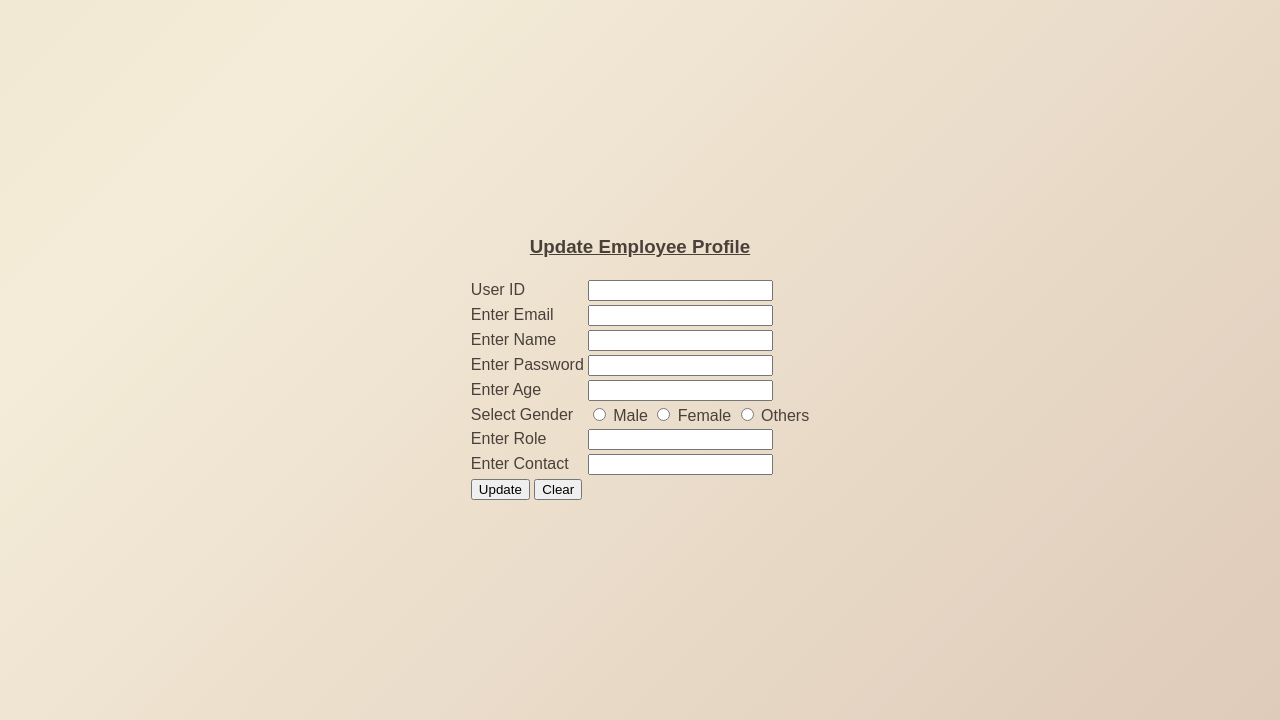
Repository: chaitanyasivathmika/NutrientDiet
Page: http://localhost/NutrientDiet/usersettings.jsp
The author's editor kept a copy of each file at every save. The page is drawn from the files as they stood at one save, then again after the next save.
The browser window is 1280 px wide. The pictures show the whole page.
The page is served by Tomcat 10.

Above is the page before, as saved 2024-11-15 11:12:42.

After the next save:
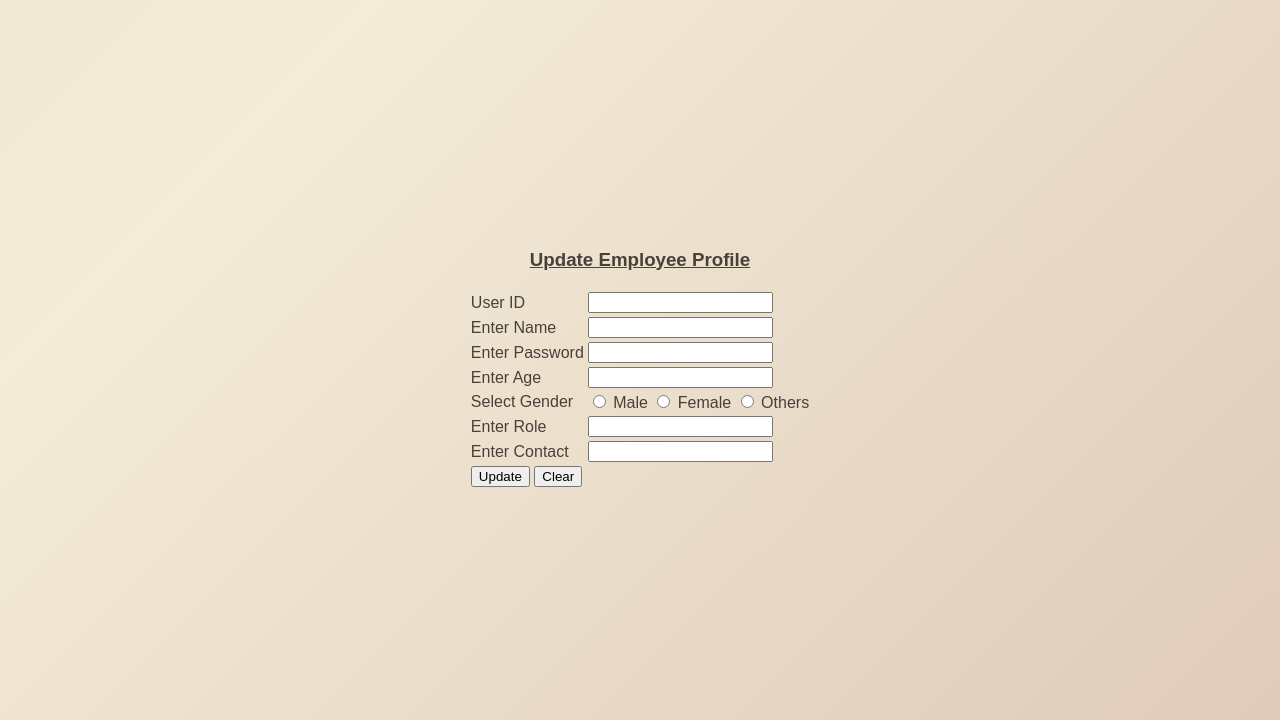
Saved 7 s later.
--- a/NutrientDiet/src/main/webapp/usersettings.jsp
+++ b/NutrientDiet/src/main/webapp/usersettings.jsp
@@ -111,10 +111,6 @@
             <td><input type="number" id="id" name="id" value="${user.id}" readonly required/></td>
         </tr>
         <tr>
-            <td><label for="uemail">Enter Email</label></td>
-            <td><input type="text" id="uemail" name="uname" value="${user.uusername}" required/></td>
-        </tr>
-        <tr>
             <td><label for="uname">Enter Name</label></td>
             <td><input type="text" id="uname" name="uname" value="${user.uusername}" required/></td>
         </tr>

After the 2 saves that followed:
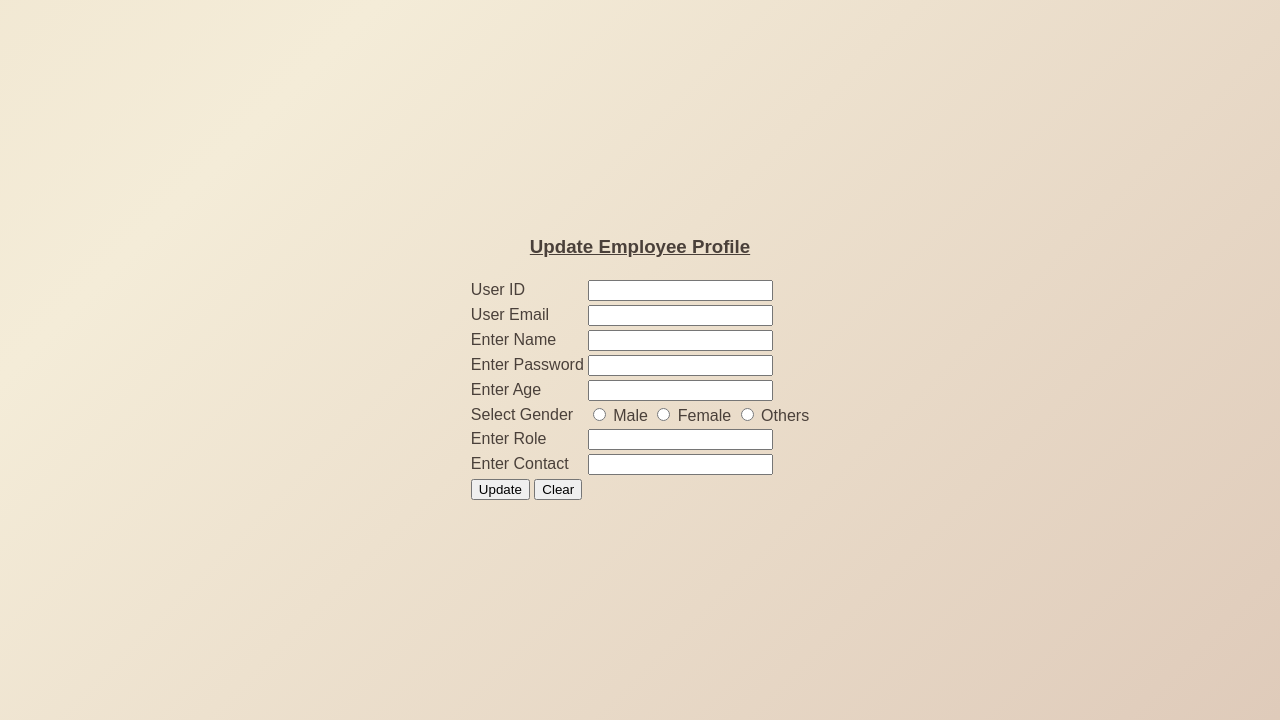
The 2 saves are shown as one change because 1 left the picture as it was.
The last was saved 116 s later.
--- a/NutrientDiet/src/main/webapp/usersettings.jsp
+++ b/NutrientDiet/src/main/webapp/usersettings.jsp
@@ -1,9 +1,4 @@
-<%@page import="com.nutridiet.project.model.User"%>
-<%@ page language="java" contentType="text/html; charset=UTF-8" pageEncoding="UTF-8" %>
-<%@ taglib uri="http://java.sun.com/jsp/jstl/core" prefix="c" %>
-<%
-User user = (User) session.getAttribute("user");
-%>
+
 <!DOCTYPE html>
 <html>
 <head>
@@ -105,51 +100,58 @@
     <h3 style="text-align: center;"><u>Update Employee Profile</u></h3>
     <div class="form-container">
         <form method="post" action="updateuserprofile">
-    <table>
-        <tr>
-            <td><label for="id">User ID</label></td>
-            <td><input type="number" id="id" name="id" value="${user.id}" readonly required/></td>
-        </tr>
-        <tr>
-            <td><label for="uname">Enter Name</label></td>
-            <td><input type="text" id="uname" name="uname" value="${user.uusername}" required/></td>
-        </tr>
-        <tr>
-            <td><label for="upassword">Enter Password</label></td>
-            <td><input type="password" id="upassword" name="upassword" value="${user.upassword}" required/></td>
-        </tr>
-        <tr>
-            <td><label for="uage">Enter Age</label></td>
-            <td><input type="text" id="uage" name="uage" value="${user.uage}" required/></td>
-        </tr>
-        <tr>
-            <td><label>Select Gender</label></td>
-            <td>
-                <input type="radio" id="male" name="ugender" value="MALE" ${user.ugender == 'MALE' ? 'checked' : ''} required/>
-                <label for="male">Male</label>
-                <input type="radio" id="female" name="ugender" value="FEMALE" ${user.ugender == 'FEMALE' ? 'checked' : ''} required/>
-                <label for="female">Female</label>
-                <input type="radio" id="others" name="ugender" value="OTHERS" ${user.ugender == 'OTHERS' ? 'checked' : ''} required/>
-                <label for="others">Others</label>
-            </td>
-        </tr>
-        <tr>
-            <td><label for="urole">Enter Role</label></td>
-            <td><input type="text" id="urole" name="urole" value="${user.urole}" required/></td>
-        </tr>
-        <tr>
-            <td><label for="ucontact">Enter Contact</label></td>
-            <td><input type="text" id="ucontact" name="ucontact" value="${user.ucontact}" required/></td>
-        </tr>
-        <tr>
-            <td colspan="2">
-                <input type="submit" value="Update"/>
-                <input type="reset" value="Clear"/>
-            </td>
-        </tr>
-    </table>
-</form>
+            <table>
+                <tr>
+                    <td><label for="uid">User ID</label></td>
+                    <td><input type="number" id="uid" name="uid"  <%-- value="<%= us.getId() %>" --%> required/></td>
+                </tr>
+               <tr>
+                    <td><label for="uemail">User Email</label></td>
+                    <td><input type="email" id="uemail" name="uemail" <%-- value="<%= emp.getName() %>" --%> required/></td>
+                </tr>
+                <tr>
+                    <td><label for="uname">Enter Name</label></td>
+                    <td><input type="text" id="uname" name="uname" <%-- value="<%= emp.getDateofbirth() %>" --%> required/></td>
+                </tr>
+                <tr>
+                    <td><label for="upassword">Enter Password</label></td>
+                    <td><input type="password" id="upassword" name="upassword" <%-- value="<%= emp.getDateofbirth() %>" --%> required/></td>
+                </tr>
+                <tr>
+                    <td><label for="uage">Enter Age</label></td>
+                    <td><input type="text" id="uage" name="uage" <%-- value="<%= emp.getDateofbirth() %>" --%> required/></td>
+                </tr>
 
+                <tr>
+                    <td><label>Select Gender</label></td>
+                    <td>
+                        <input type="radio" id="male" name="ugender" value="MALE" <%-- <%= emp.getGender().equals("MALE") ? "checked" : "" --%>  required/>
+                        <label for="male">Male</label>
+                        <input type="radio" id="female" name="ugender" value="FEMALE" <%-- <%= emp.getGender().equals("FEMALE") ? "checked" : "" --%>  required/>
+                        <label for="female">Female</label>
+                        <input type="radio" id="others" name="ugender" value="OTHERS" <%-- <%= emp.getGender().equals("OTHERS") ? "checked" : "" --%>  required/>
+                        <label for="others">Others</label>
+                    </td>
+                </tr>
+
+
+                <tr>
+                    <td><label for="urole">Enter Role</label></td>
+                    <td><input type="text" id="urole" name="urole"  <%-- value="<%= emp.getSalary() %>" --%> required/></td>
+                </tr>
+                <tr>
+                    <td><label for="ucontact">Enter Contact</label></td>
+                    <td><input type="text" id="ucontact" name="ucontact" <%-- value="<%= emp.getLocation() %>" --%> required/></td>
+                </tr>
+
+                <tr>
+                    <td colspan="2" class="button-container">
+                        <input type="submit" value="Update"/>
+                        <input type="reset" value="Clear"/>
+                    </td>
+                </tr>
+            </table>
+        </form>
     </div>
 </body>
 </html>
